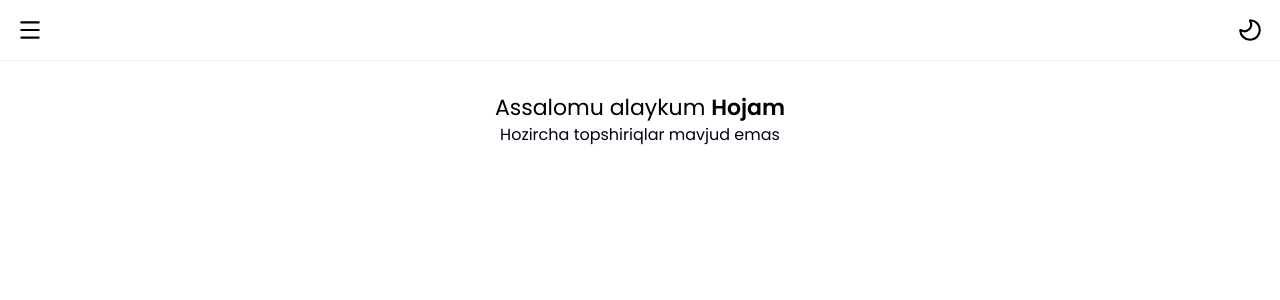
Repository: zaynobiddinovofficel-debug/KotibaAI
Page: / (app in web/)
An editor plug-in stored every save of this project. The page is shown before and after a run of saves, followed by the edit.
The browser window is 1280 px wide. The pictures show the whole page.
Some web fonts or font styles are not loaded; a fallback is used. The project was rebuilt for these pictures with package versions that can differ from the ones it lists, and the page was loaded fresh each time. Also part of the build but not shown: web/vite.config.js.

Above is the page before, as saved 2026-03-25 20:19:26.

After the next 2 saves:
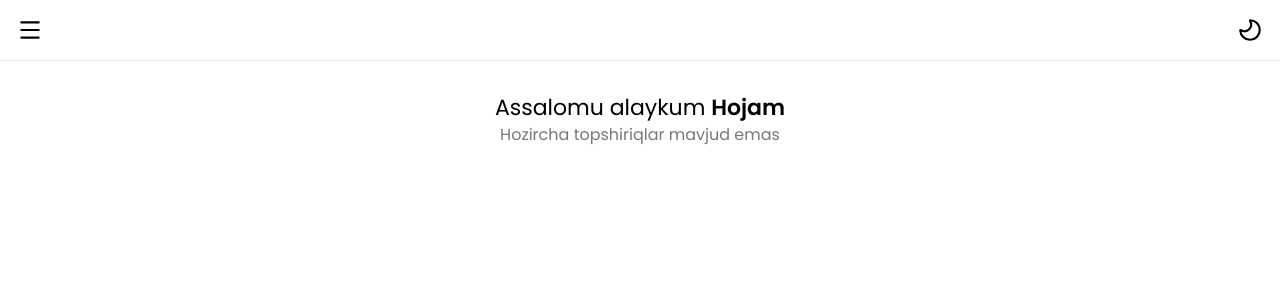
The 2 saves are shown as one change because they came seconds apart.
The last was saved 8 s later.
--- a/web/src/App.jsx
+++ b/web/src/App.jsx
@@ -19,7 +19,7 @@ export default function App() {
     <span className="text-[22px] leading-none">Assalomu alaykum <b className="font-[550]">
       {username==null?"Hojam":username}
     </b></span>
-    <span className="leading-none text-[#001]">Hozircha topshiriqlar mavjud emas</span>
+    <span className="leading-none text-[#0008]">Hozircha topshiriqlar mavjud emas</span>
     </div>}
     <div className="px-3 py-3 max-w-[1280px] w-full flex justify-center">
 
